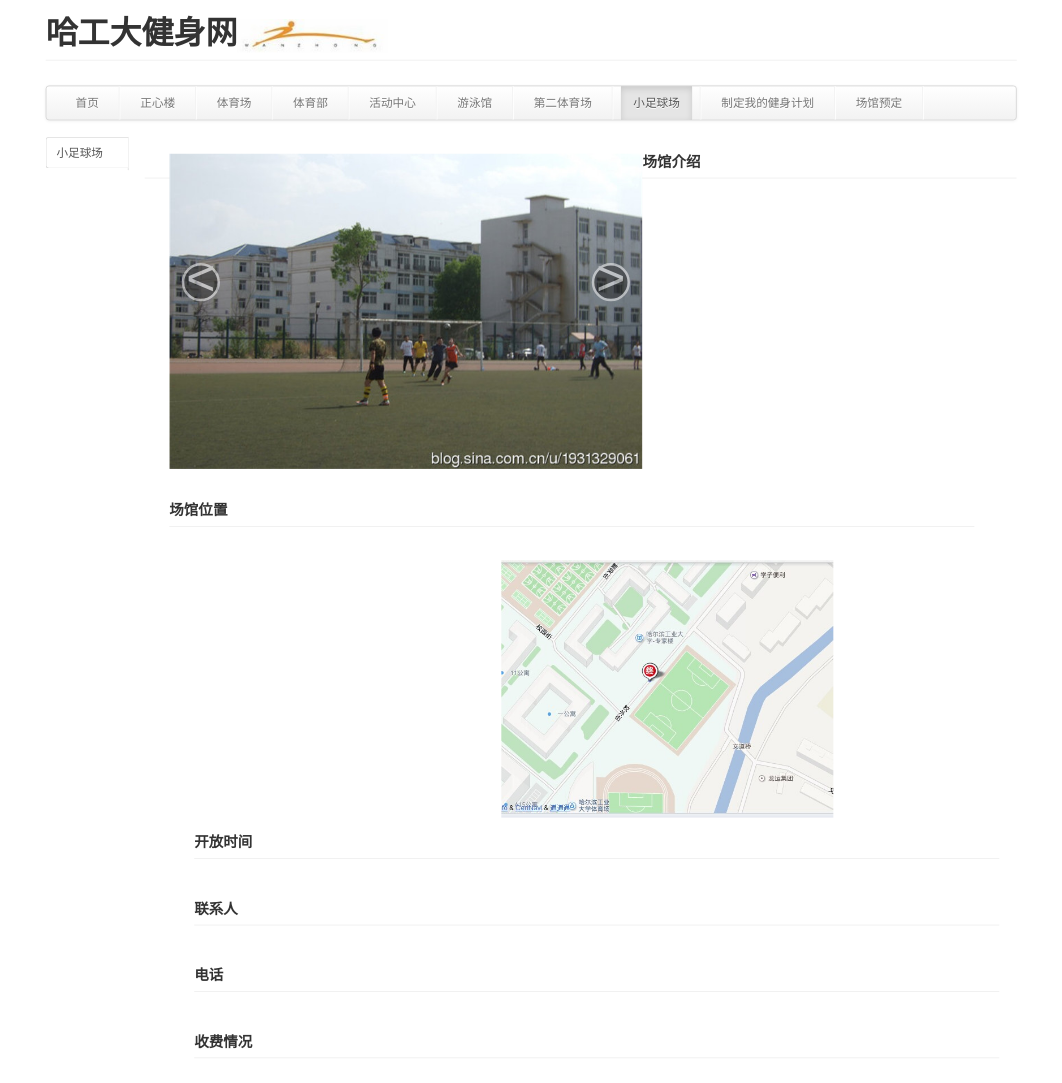
Repository: hitDeveloper/fitness
Page: http://localhost/project/xiaozuqiuchang.jsp
These files come from the project's save history. The page is drawn as it stood at one moment and after the next save; the edit follows.
The browser window is 1280 px wide. The pictures show the whole page, at 83% of full size.
The page is served by Tomcat 9. Nobody is signed in. The application's start-up code is not run.

Above is the page before, as saved 2014-11-05 00:18:12.

After the next save:
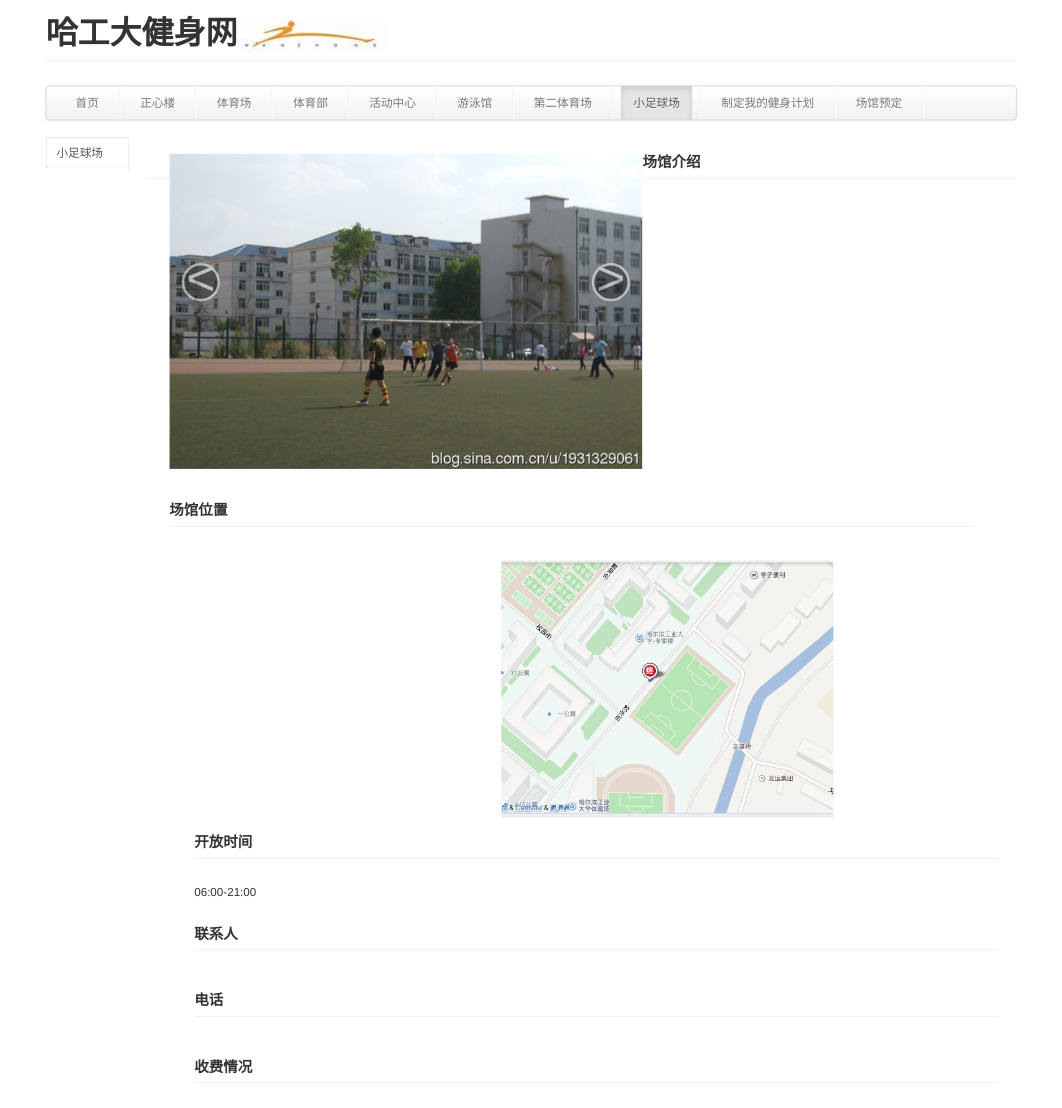
Saved 48 s later.
--- a/Project/project/WebRoot/xiaozuqiuchang.jsp
+++ b/Project/project/WebRoot/xiaozuqiuchang.jsp
@@ -73,7 +73,7 @@
 </div>
 <div class="span10">
 <h4 class="page-header">开放时间</h4>
-<p></p>
+<p>06:00-21:00</p>
 </div>
 <div class="span10">
 <h4 class="page-header">联系人</h4>
